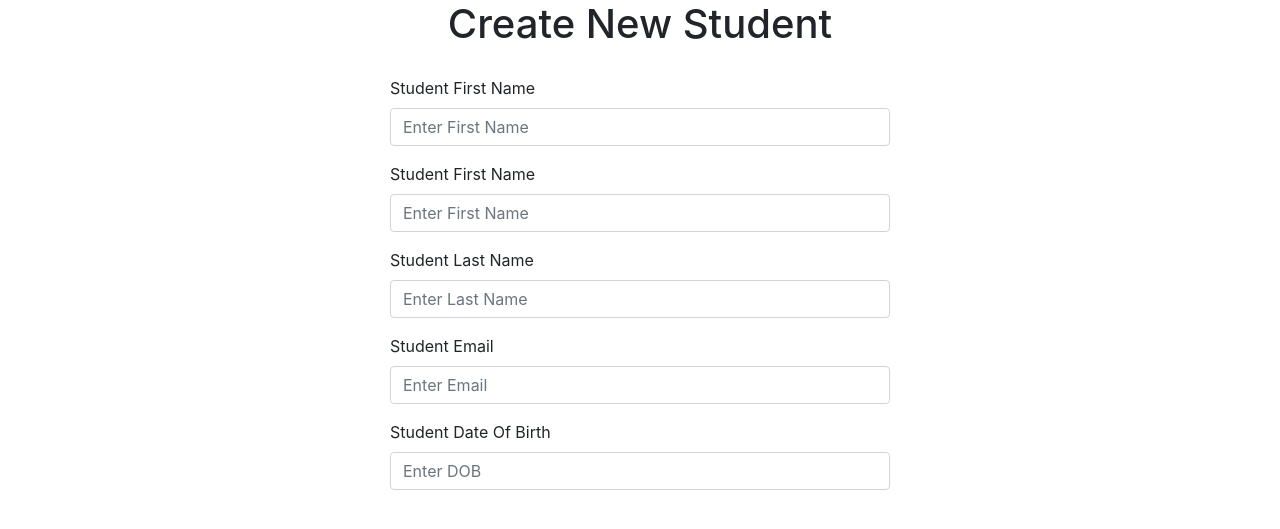
Repository: Frawatson/sms
Page: http://localhost/create_students
These files come from the project's save history. The page is drawn as it stood at one moment and after the next save; the edit follows.
The browser window is 1280 px wide. The pictures show the whole page.
The page is this project's Thymeleaf template; nobody is signed in. The template is opened directly, without the code that normally fills it, so the values that code supplies are empty.

Above is the page before, as saved 2023-06-29 19:51:07.

After the next save:
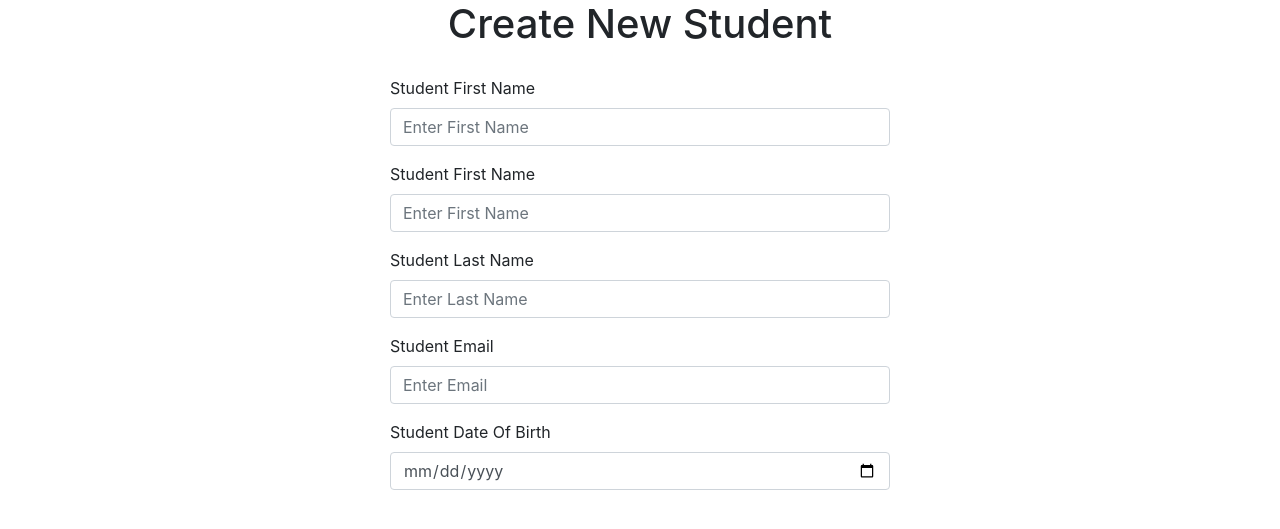
Saved 23 s later.
--- a/corp/src/main/resources/templates/create_students.html
+++ b/corp/src/main/resources/templates/create_students.html
@@ -62,7 +62,7 @@
 						<div class="form-group">
 							<label>Student Date Of Birth</label>
 							<input
-							type="text"
+							type="date"
 							name="DOB"
 							th:field = "DOB"
 							class="form-control"
